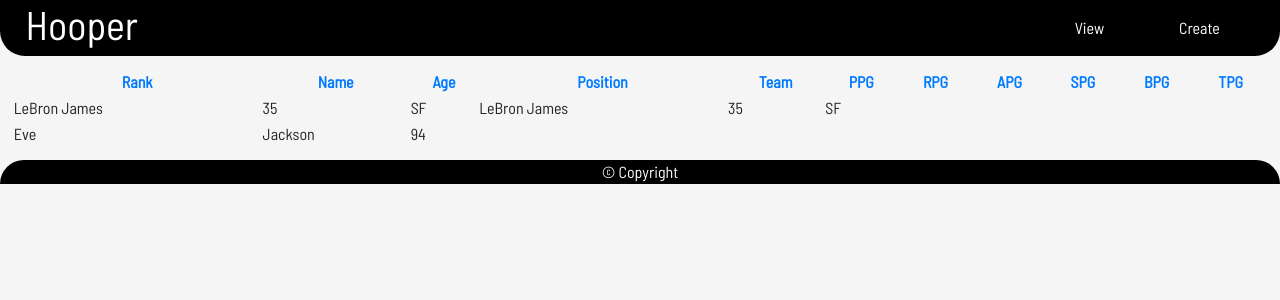
Repository: vlasarte/Hooper
Page: viewplayers.html
These files come from the project's save history. The page is drawn as it stood at one moment and after the next save; the edit follows.
The browser window is 1280 px wide. The pictures show the whole page.

Above is the page before, as saved 2020-02-24 17:12:09.

After the next save:
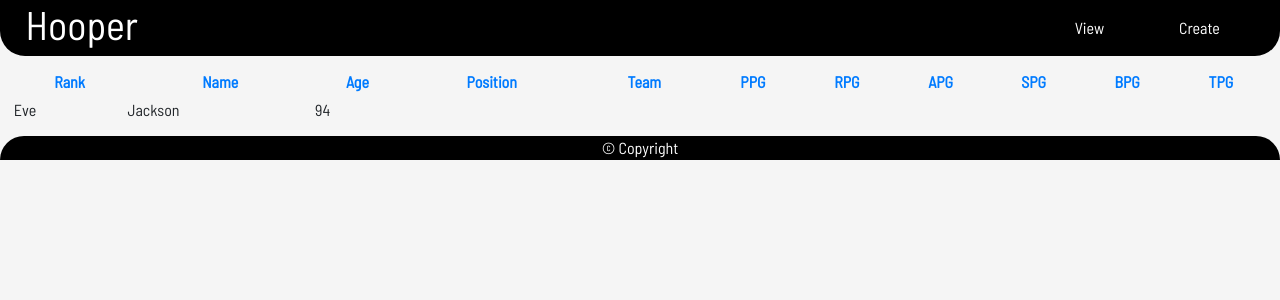
Saved 63 s later.
--- a/viewplayers.html
+++ b/viewplayers.html
@@ -52,12 +52,17 @@
                     <th><a href="">TPG</a></th>
                 </tr>
                 <tr>
-                    <td>LeBron James</td>
-                    <td>35</td>
-                    <td>SF</td>
-                    <td>LeBron James</td>
-                    <td>35</td>
-                    <td>SF</td>
+                    <td></td>
+                    <td></td>
+                    <td></td>
+                    <td></td>
+                    <td></td>
+                    <td></td>
+                    <td></td>
+                    <td></td>
+                    <td></td>
+                    <td></td>
+                    <td></td>
                 </tr>
                 <tr>
                     <td>Eve</td>
